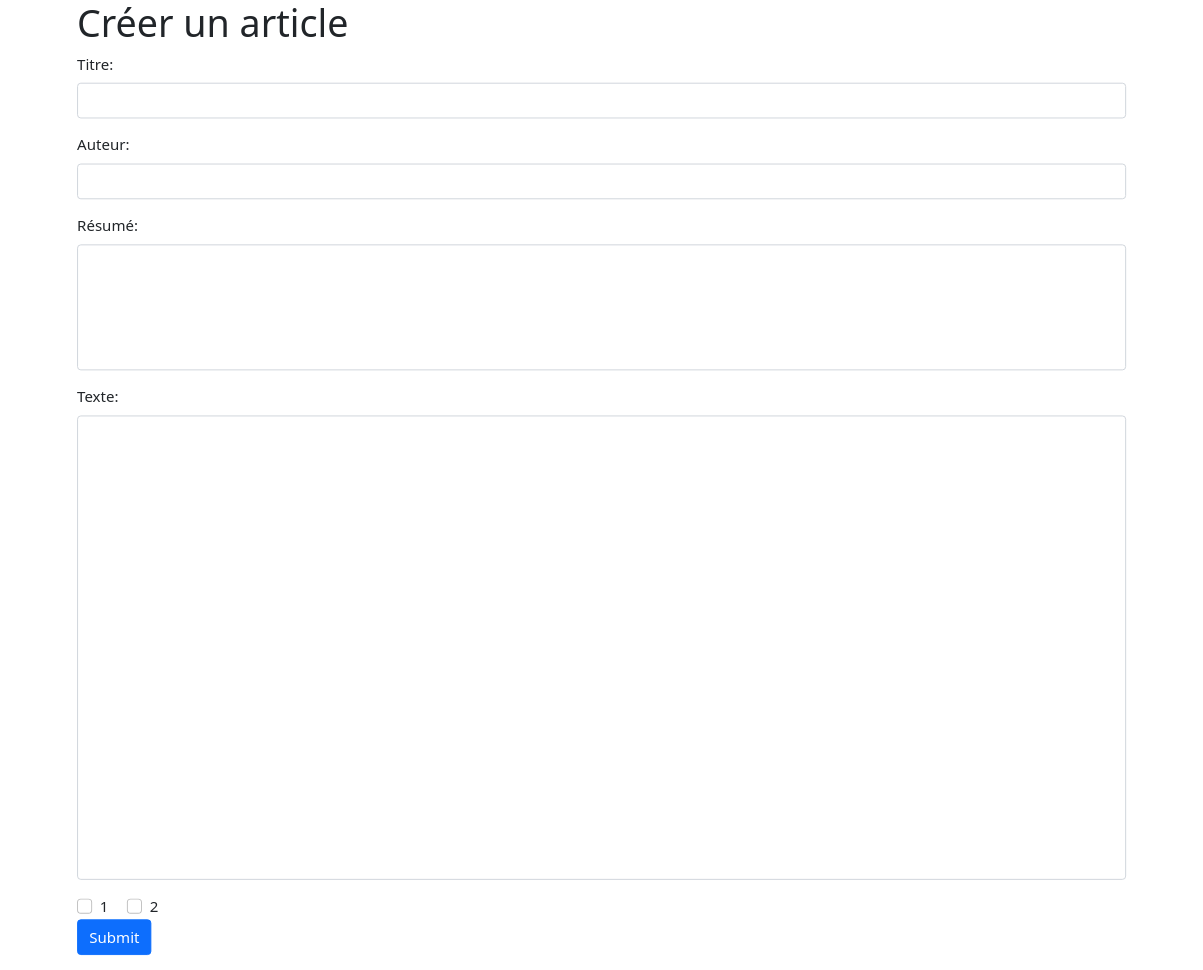
Repository: QuentinFayt/NewsWeb
Page: sources/adminNewsWeb/createArticle.html
An editor plug-in stored every save of this project. The page is shown before and after the next save, followed by the edit.
The browser window is 1280 px wide. The pictures show the whole page, at 94% of full size.

Above is the page before, as saved 2021-12-23 11:13:27.

### sources/adminNewsWeb/createArticle.html
<!doctype html>
<html lang="fr">

<head>
    <!-- Required meta tags -->
    <meta charset="utf-8">
    <meta name="viewport" content="width=device-width, initial-scale=1">

    <!-- Bootstrap CSS -->
    <link href="https://cdn.jsdelivr.net/npm/bootstrap@5.1.3/dist/css/bootstrap.min.css" rel="stylesheet" integrity="sha384-1BmE4kWBq78iYhFldvKuhfTAU6auU8tT94WrHftjDbrCEXSU1oBoqyl2QvZ6jIW3" crossorigin="anonymous">

    <title>Créer un article</title>
</head>

<body>
    <main class="container">
        <h1>Créer un article</h1>
        <form>
            <div class="mb-3">
                <label for="titre" class="form-label">Titre:</label>
                <input type="text" class="form-control" id="titre" required>
            </div>
            <div class="mb-3">
                <label for="autor" class="form-label">Auteur:</label>
                <input type="text" class="form-control" id="autor" required>
            </div>
            <div class="mb-3">
                <label for="summary" class="form-label">Résumé:</label>
                <textarea class="form-control" id="summary" rows="5" style="resize: none;" required></textarea>
            </div>
            <div class="mb-3">
                <label for="text" class="form-label">Texte:</label>
                <textarea class="form-control" id="text" rows="20" style="resize: none;" required></textarea>
            </div>
            <div class="form-check form-check-inline">
                <input class="form-check-input" type="checkbox" id="inlineCheckbox1" value="option1">
                <label class="form-check-label" for="inlineCheckbox1">1</label>
            </div>
            <div class="form-check form-check-inline">
                <input class="form-check-input" type="checkbox" id="inlineCheckbox2" value="option2">
                <label class="form-check-label" for="inlineCheckbox2">2</label>
            </div>
            <div class="mb-3">
                <button type="submit" class="btn btn-primary">Submit</button>
            </div>
        </form>
    </main>
    <script src="https://cdn.jsdelivr.net/npm/bootstrap@5.1.3/dist/js/bootstrap.bundle.min.js" integrity="sha384-ka7Sk0Gln4gmtz2MlQnikT1wXgYsOg+OMhuP+IlRH9sENBO0LRn5q+8nbTov4+1p" crossorigin="anonymous"></script>
</body>

</html>

After the next save:
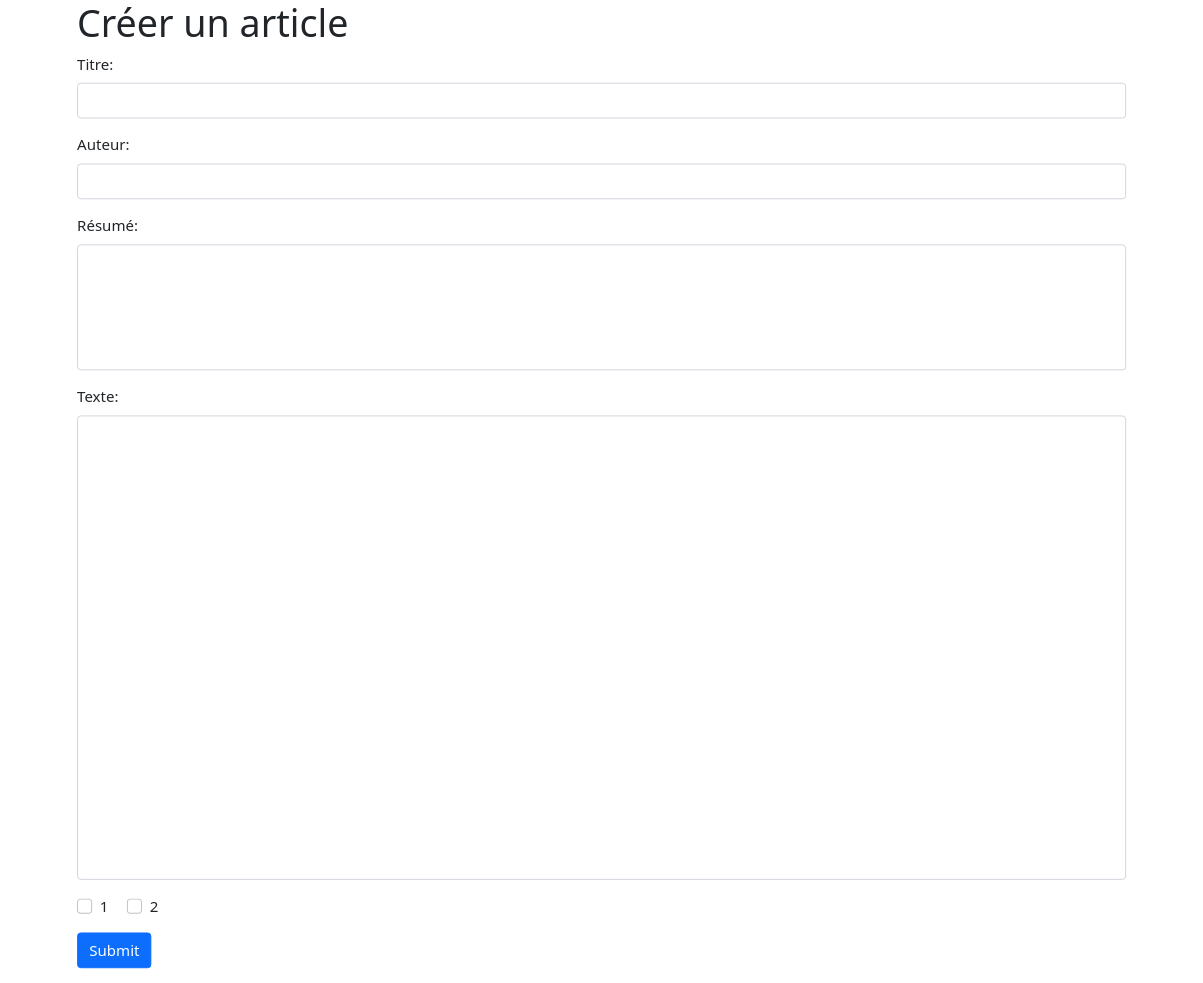
Saved 13 s later.
--- a/sources/adminNewsWeb/createArticle.html
+++ b/sources/adminNewsWeb/createArticle.html
@@ -32,7 +32,7 @@
                 <label for="text" class="form-label">Texte:</label>
                 <textarea class="form-control" id="text" rows="20" style="resize: none;" required></textarea>
             </div>
-            <div class="form-check form-check-inline">
+            <div class="form-check form-check-inline mb-3">
                 <input class="form-check-input" type="checkbox" id="inlineCheckbox1" value="option1">
                 <label class="form-check-label" for="inlineCheckbox1">1</label>
             </div>
